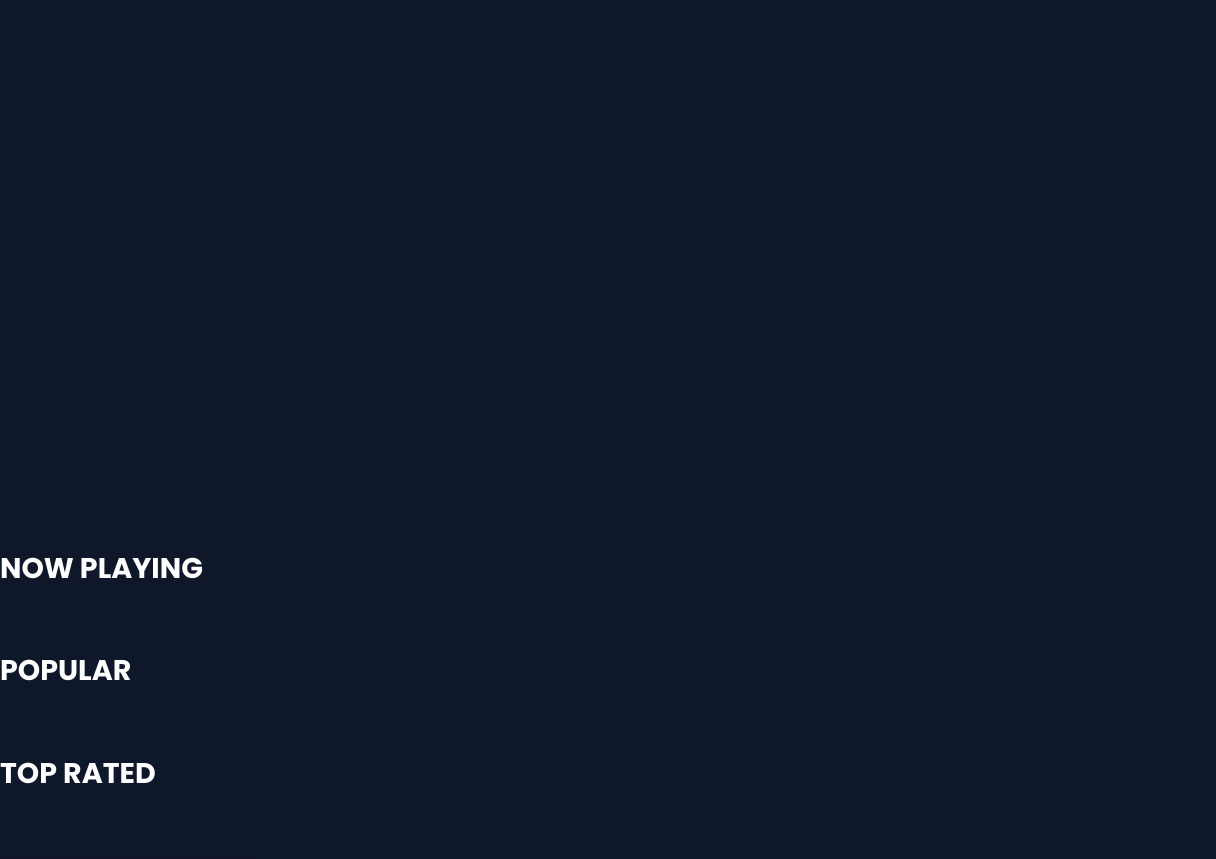
Repository: HoangLong0210/MovieWithTheMovieDb
Page: /movie
These files come from the project's save history. The page is drawn as it stood at one moment and after the next save; the edit follows.
The browser window is 1280 px wide. The pictures show the whole page, at 95% of full size.
The page's requests for data from a server got no answer. The project was rebuilt for these pictures with package versions that can differ from the ones it lists, and the page was loaded fresh each time. No one was signed in, and anything a server would have sent is missing. Also part of the build but not shown: src/components/movie/MovieCard.js, src/components/banner/BannerItem.js.

Above is the page before, as saved 2023-04-27 17:42:19.

### public/index.html
<!DOCTYPE html>
<html lang="en">
  <head>
    <meta charset="utf-8" />
    <link rel="icon" href="%PUBLIC_URL%/favicon.ico" />
    <meta name="viewport" content="width=device-width, initial-scale=1" />
    <meta name="theme-color" content="#000000" />
    <meta
      name="description"
      content="Web site created using create-react-app"
    />
    <link rel="apple-touch-icon" href="%PUBLIC_URL%/logo192.png" />
    <!--
      manifest.json provides metadata used when your web app is installed on a
      user's mobile device or desktop. See https://developers.google.com/web/fundamentals/web-app-manifest/
    -->
    <link rel="manifest" href="%PUBLIC_URL%/manifest.json" />
    <link rel="preconnect" href="https://fonts.googleapis.com" />
    <link rel="preconnect" href="https://fonts.gstatic.com" crossorigin />
    <link
      href="https://fonts.googleapis.com/css2?family=Poppins:wght@400;500;700;800;900&display=swap"
      rel="stylesheet"
    />

    <!--
      Notice the use of %PUBLIC_URL% in the tags above.
      It will be replaced with the URL of the `public` folder during the build.
      Only files inside the `public` folder can be referenced from the HTML.

      Unlike "/favicon.ico" or "favicon.ico", "%PUBLIC_URL%/favicon.ico" will
      work correctly both with client-side routing and a non-root public URL.
      Learn how to configure a non-root public URL by running `npm run build`.
    -->
    <title>React App</title>
  </head>
  <body>
    <noscript>You need to enable JavaScript to run this app.</noscript>
    <div id="root"></div>
    <!--
      This HTML file is a template.
      If you open it directly in the browser, you will see an empty page.

      You can add webfonts, meta tags, or analytics to this file.
      The build step will place the bundled scripts into the <body> tag.

      To begin the development, run `npm start` or `yarn start`.
      To create a production bundle, use `npm run build` or `yarn build`.
    -->
  </body>
</html>

### src/index.scss
@tailwind base;
@tailwind components;
@tailwind utilities;

@layer base {
  body {
    @apply bg-slate-900 font-body;
  }
}

@layer components {
  .page-container {
    max-width: 1280px;
    @apply mx-auto;
  }
  .page-container-fluid {
    max-width: 1440px;
    @apply mx-auto;
  }
  .movie-list .swiper-slide {
    width: 300px;
    height: auto;
  }
  .banner .swiper {
    height: 100%;
  }
}

### src/App.js
import { Fragment } from "react";
import { NavLink } from "react-router-dom";
import MovieList from "./components/movie/MovieList";
import Banner from "./components/banner/Banner";
import "swiper/scss";

function App() {
  return (
    <Fragment>
      <Banner></Banner>
      <section className="movie-layout page-container-fluid pb-10 text-white">
        <h2 className="capitalize text-white mb-8 text-3xl font-bold">
          NOW PLAYING
        </h2>
        <MovieList></MovieList>
      </section>
      <section className="movie-layout page-container-fluid pb-10 text-white">
        <h2 className="capitalize text-white mb-8 text-3xl font-bold">
          POPULAR
        </h2>
        <MovieList type="popular"></MovieList>
      </section>
      <section className="movie-layout page-container-fluid pb-10 text-white">
        <h2 className="capitalize text-white mb-8 text-3xl font-bold">
          TOP RATED
        </h2>
        <MovieList type="top_rated"></MovieList>
      </section>
    </Fragment>
  );
}

export default App;

### src/components/movie/MovieList.js
import React, { useEffect, useState } from "react";
import { Swiper, SwiperSlide } from "swiper/react";

import MovieCard from "./MovieCard";
import useSWR from "swr";
import { fetcher } from "../../config";

const MovieList = ({ type = "now_playing" }) => {
  const [movie, setMovie] = useState([]);
  const { data } = useSWR(
    `https://api.themoviedb.org/3/movie/${type}?api_key=a58d8f2dcc2e162008480323ba82d932`,
    fetcher
  );
  useEffect(() => {
    if (data && data.results) {
      setMovie(data.results);
    }
  }, [data]);
  return (
    <div className="movie-list">
      <Swiper grabCursor={true} spaceBetween={40} slidesPerView={"auto"}>
        {movie.length > 0 &&
          movie.map((item) => (
            <SwiperSlide key={item.id}>
              <MovieCard data={item}></MovieCard>
            </SwiperSlide>
          ))}
      </Swiper>
    </div>
  );
};

export default MovieList;

### src/components/banner/Banner.js
import React from "react";
import { fetcher } from "../../config";
import useSWR from "swr";
import { Swiper, SwiperSlide } from "swiper/react";
import BannerItem from "./BannerItem";

const Banner = () => {
  const { data } = useSWR(
    `https://api.themoviedb.org/3/movie/upcoming?api_key=a58d8f2dcc2e162008480323ba82d932`,
    fetcher
  );
  const movie = data?.results || [];

  return (
    <section className="banner h-[500px] page-container mb-20 overflow-hidden">
      <Swiper grabCursor={true} slidesPerView={"auto"}>
        {movie.length > 0 &&
          movie.map((item) => (
            <SwiperSlide key={item.id}>
              <BannerItem data={item}></BannerItem>
            </SwiperSlide>
          ))}
      </Swiper>
    </section>
  );
};

export default Banner;

### src/config.js
export const fetcher = (...args) => fetch(...args).then((res) => res.json());
export const apiKey = "a58d8f2dcc2e162008480323ba82d932";

### tailwind.config.js
/** @type {import('tailwindcss').Config} */
module.exports = {
  content: ["./src/**/*.{js,jsx,ts,tsx}"],
  theme: {
    extend: {
      fontFamily: {
        body: ["Poppins", "sans-serif"],
      },
      colors: {
        primary: "#F62682",
      },
    },
  },
  plugins: [],
};

### src/components/layout/Header.js
import React from "react";

const Header = () => {
  return (
    <header className="header flex items-center justify-center gap-x-5 py-10 text-white mb-5">
      <span className="text-primary">Home</span>
      <span>Movie</span>
    </header>
  );
};

export default Header;

Loaded but not shown: src/index.js (common file); src/reportWebVitals.js (common file)

After the next save:
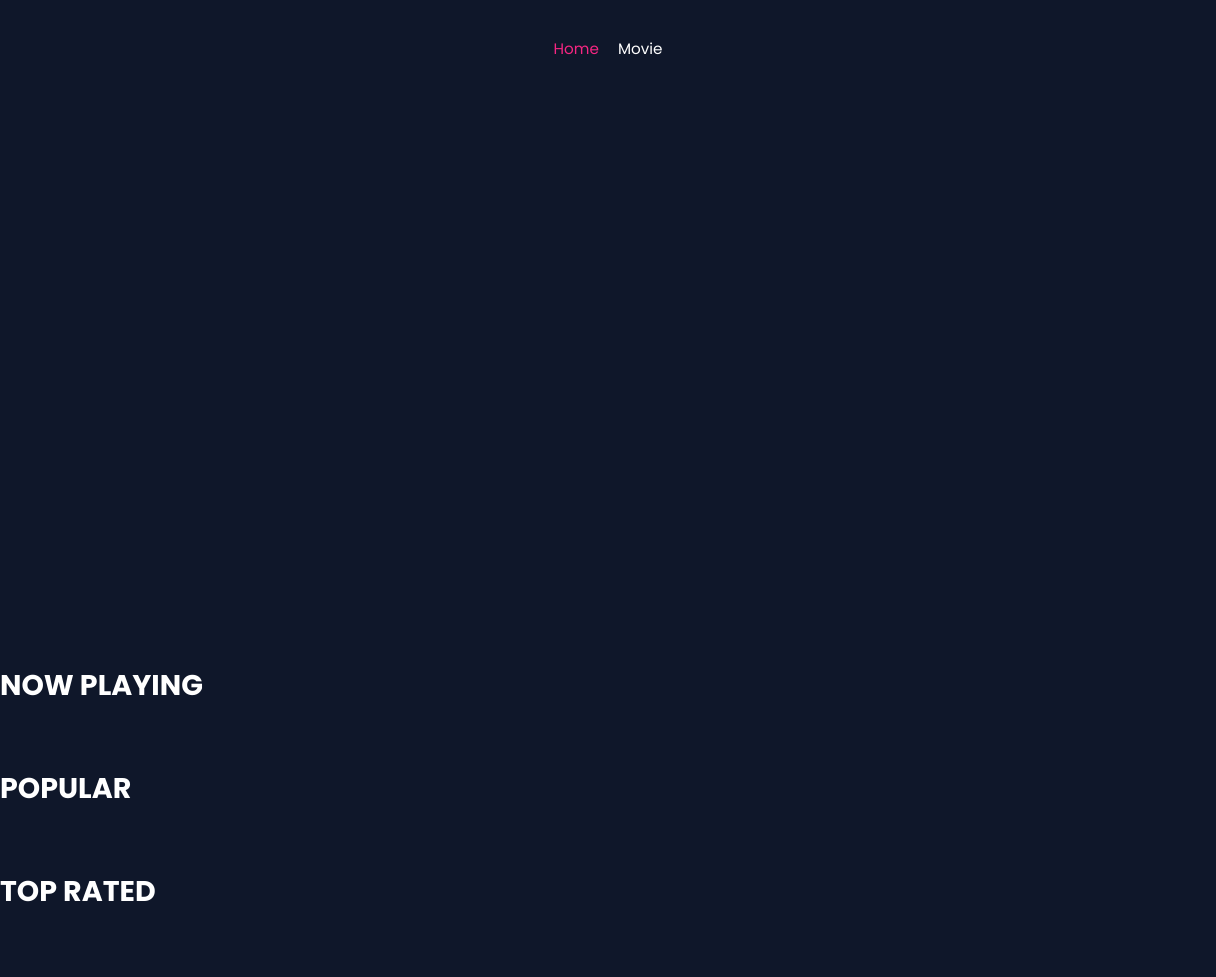
Saved 14 s later.
--- a/src/App.js
+++ b/src/App.js
@@ -1,12 +1,13 @@
 import { Fragment } from "react";
-import { NavLink } from "react-router-dom";
 import MovieList from "./components/movie/MovieList";
 import Banner from "./components/banner/Banner";
 import "swiper/scss";
+import Header from "./components/layout/Header";
 
 function App() {
   return (
     <Fragment>
+      <Header></Header>
       <Banner></Banner>
       <section className="movie-layout page-container-fluid pb-10 text-white">
         <h2 className="capitalize text-white mb-8 text-3xl font-bold">
